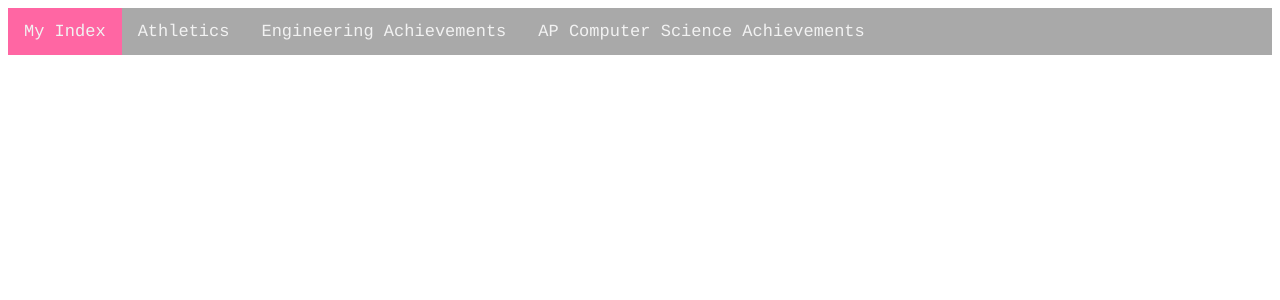
Repository: jacobsirois/jacobsirois.github.io
Page: Test.html
The author's editor kept a record of every edit. The page is drawn from the files as they stood at one moment, then again after the next edit.
The browser window is 1280 px wide. The pictures show the whole page.

Above is the page before.
Not found: index.css

After the next edit:
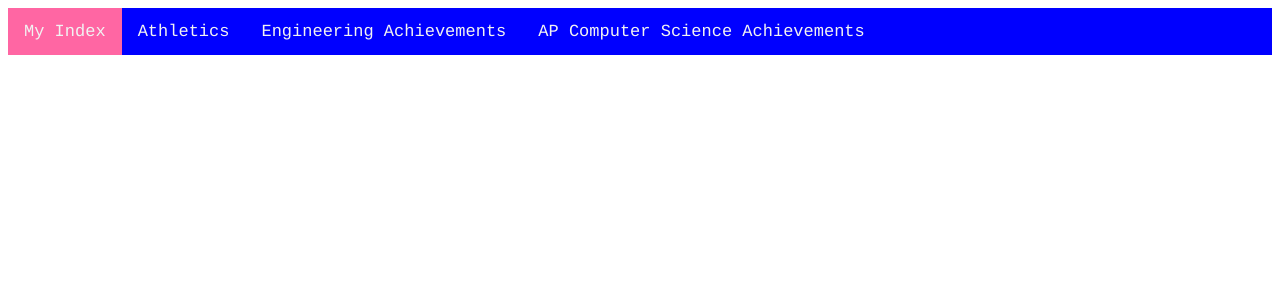
The edit:
--- a/Test.html
+++ b/Test.html
@@ -19,7 +19,7 @@
 
 .topnav {
   overflow: hidden;
-  background-color: #A9A9A9;
+  background-color: blue;
 }
 
 .topnav a {
